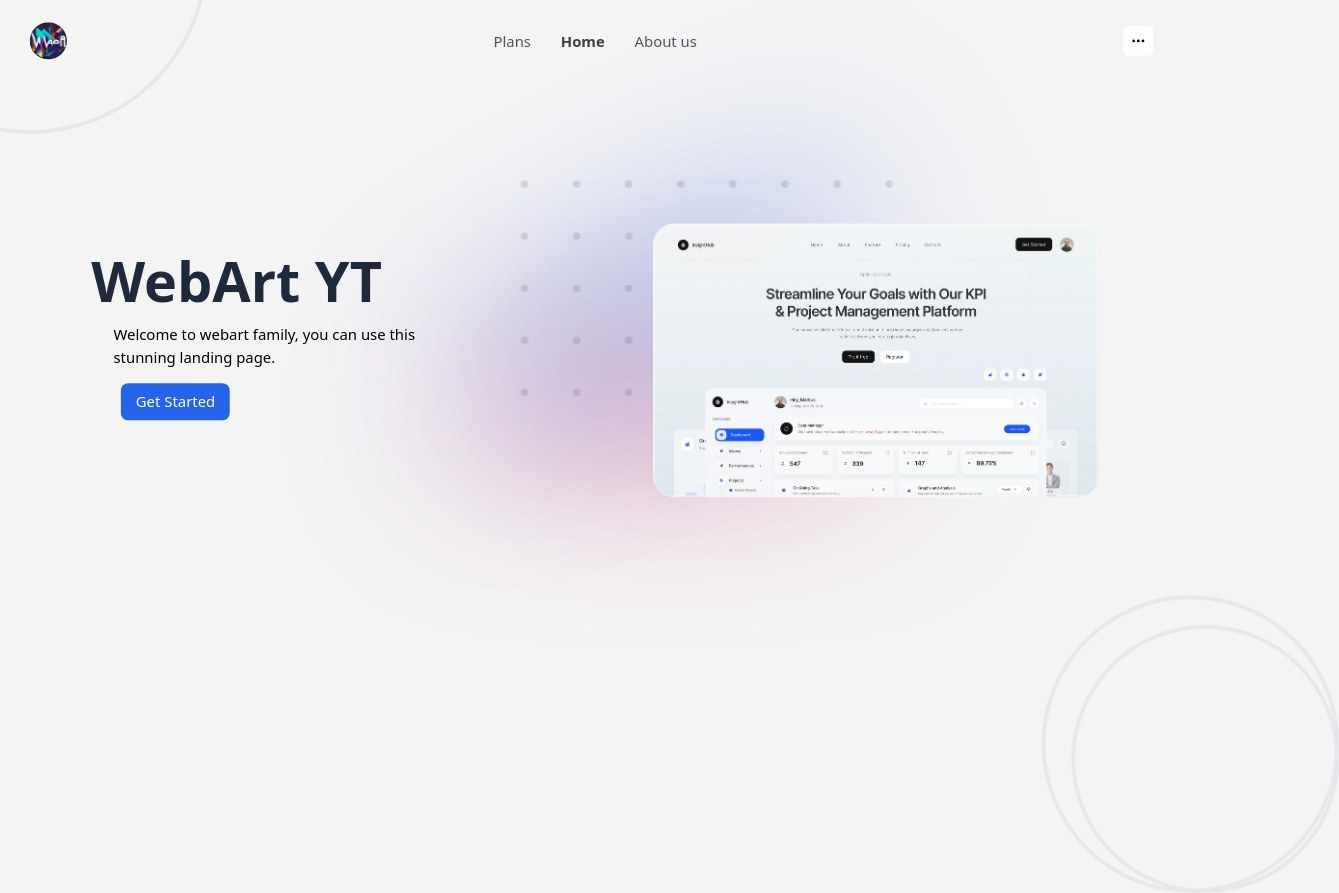
Repository: 30namp/youtube-web-art-code
Page: stunning landing page 1/index.html
An editor plug-in stored every save of this project. The page is shown before and after the next save, followed by the edit.
The browser window is 1280 px wide. The page is 1440 px wide, so the pictures cover 1440 px, including what lies to the right of the window. The pictures show the whole page, at 93% of full size.

Above is the page before, as saved 2024-09-26 21:28:07.

### stunning landing page 1/index.html
<!DOCTYPE html>
<html lang="en">
  <head>
    <meta charset="UTF-8" />
    <meta name="viewport" content="width=device-width, initial-scale=1.0" />
    <title>WebArt Design</title>
    <script src="./tailwindcss.min.js"></script>
  </head>
  <body class="h-screen bg-zinc-100 overflow-hidden">
    <div
      class="absolute right-[25%] top-[60%] h-12 w-[30rem] rounded-[100%] rotate-[-25deg] bg-pink-700 blur-[6rem] animate-bounce"
    ></div>
    <div
      class="absolute right-[25%] top-[40%] h-12 w-[30rem] rounded-[100%] rotate-[-25deg] bg-blue-700 blur-[6rem]"
    ></div>
    <div
      class="grid grid-cols-8 gap-12 absolute right-[25%] top-[27%] animate-pulse animate-bounce"
    >
      <div class="rounded-full bg-slate-700/30 size-2 shadow-lg"></div>
      <div class="rounded-full bg-slate-700/30 size-2 shadow-lg"></div>
      <div class="rounded-full bg-slate-700/30 size-2 shadow-lg"></div>
      <div class="rounded-full bg-slate-700/30 size-2 shadow-lg"></div>
      <div class="rounded-full bg-slate-700/30 size-2 shadow-lg"></div>
      <div class="rounded-full bg-slate-700/30 size-2 shadow-lg"></div>
      <div class="rounded-full bg-slate-700/30 size-2 shadow-lg"></div>
      <div class="rounded-full bg-slate-700/30 size-2 shadow-lg"></div>
      <div class="rounded-full bg-slate-700/30 size-2 shadow-lg"></div>
      <div class="rounded-full bg-slate-700/30 size-2 shadow-lg"></div>
      <div class="rounded-full bg-slate-700/30 size-2 shadow-lg"></div>
      <div class="rounded-full bg-slate-700/30 size-2 shadow-lg"></div>
      <div class="rounded-full bg-slate-700/30 size-2 shadow-lg"></div>
      <div class="rounded-full bg-slate-700/30 size-2 shadow-lg"></div>
      <div class="rounded-full bg-slate-700/30 size-2 shadow-lg"></div>
      <div class="rounded-full bg-slate-700/30 size-2 shadow-lg"></div>
      <div class="rounded-full bg-slate-700/30 size-2 shadow-lg"></div>
      <div class="rounded-full bg-slate-700/30 size-2 shadow-lg"></div>
      <div class="rounded-full bg-slate-700/30 size-2 shadow-lg"></div>
      <div class="rounded-full bg-slate-700/30 size-2 shadow-lg"></div>
      <div class="rounded-full bg-slate-700/30 size-2 shadow-lg"></div>
      <div class="rounded-full bg-slate-700/30 size-2 shadow-lg"></div>
      <div class="rounded-full bg-slate-700/30 size-2 shadow-lg"></div>
      <div class="rounded-full bg-slate-700/30 size-2 shadow-lg"></div>
      <div class="rounded-full bg-slate-700/30 size-2 shadow-lg"></div>
      <div class="rounded-full bg-slate-700/30 size-2 shadow-lg"></div>
      <div class="rounded-full bg-slate-700/30 size-2 shadow-lg"></div>
      <div class="rounded-full bg-slate-700/30 size-2 shadow-lg"></div>
      <div class="rounded-full bg-slate-700/30 size-2 shadow-lg"></div>
      <div class="rounded-full bg-slate-700/30 size-2 shadow-lg"></div>
      <div class="rounded-full bg-slate-700/30 size-2 shadow-lg"></div>
      <div class="rounded-full bg-slate-700/30 size-2 shadow-lg"></div>
      <div class="rounded-full bg-slate-700/30 size-2 shadow-lg"></div>
      <div class="rounded-full bg-slate-700/30 size-2 shadow-lg"></div>
      <div class="rounded-full bg-slate-700/30 size-2 shadow-lg"></div>
      <div class="rounded-full bg-slate-700/30 size-2 shadow-lg"></div>
      <div class="rounded-full bg-slate-700/30 size-2 shadow-lg"></div>
      <div class="rounded-full bg-slate-700/30 size-2 shadow-lg"></div>
      <div class="rounded-full bg-slate-700/30 size-2 shadow-lg"></div>
      <div class="rounded-full bg-slate-700/30 size-2 shadow-lg"></div>
    </div>

    <div
      class="circle size-96 rounded-full border-4 absolute -top-60 -left-40"
    ></div>
    <div
      class="circle size-80 rounded-full border-4 absolute -bottom-60 -right-40"
    ></div>
    <div
      class="circle size-72 rounded-full border-4 absolute -bottom-60 -right-40"
    ></div>

    <!-- navbar -->
    <nav
      class="z-10 absolute top-0 left-0 right-0 flex justify-center items-center py-8 px-8"
    >
      <a href="/" class="absolute left-0 px-8">
        <img class="size-10 rounded-full" src="./assets/img/logo.jpg" alt="" />
      </a>

      <div class="options flex items-center gap-8">
        <a class="text-zinc-600" href="#">Plans</a>
        <a class="text-zinc-700 font-semibold" href="#">Home</a>
        <a class="text-zinc-600" href="#">About us</a>
      </div>

      <button
        class="absolute p-2 bg-white rounded-md right-0 mx-10 hover:scale-105 active:scale-100 transition"
      >
        <svg
          xmlns="http://www.w3.org/2000/svg"
          width="16"
          height="16"
          fill="currentColor"
          class="bi bi-three-dots"
          viewBox="0 0 16 16"
        >
          <path
            d="M3 9.5a1.5 1.5 0 1 1 0-3 1.5 1.5 0 0 1 0 3m5 0a1.5 1.5 0 1 1 0-3 1.5 1.5 0 0 1 0 3m5 0a1.5 1.5 0 1 1 0-3 1.5 1.5 0 0 1 0 3"
          />
        </svg>
      </button>
    </nav>

    <!-- hero section -->
    <div class="hero-section relative pt-60 flex justify-around items-start">
      <div class="content flex flex-col items-start gap-4 pt-8">
        <h1 class="text-6xl font-bold text-slate-800">WebArt YT</h1>
        <p class="description w-96 ml-6">
          Welcome to webart family, you can use this stunning landing page.
        </p>
        <button
          class="ml-8 px-4 py-2 rounded-lg bg-blue-600 text-white hover:scale-105 active:scale-100 transition"
        >
          Get Started
        </button>
      </div>
      <img class="w-[30rem] rounded-3xl" src="./assets/img/img.png" alt="" />
    </div>
  </body>
</html>

Loaded but not shown: stunning landing page 1/tailwindcss.min.js (library)

After the next save:
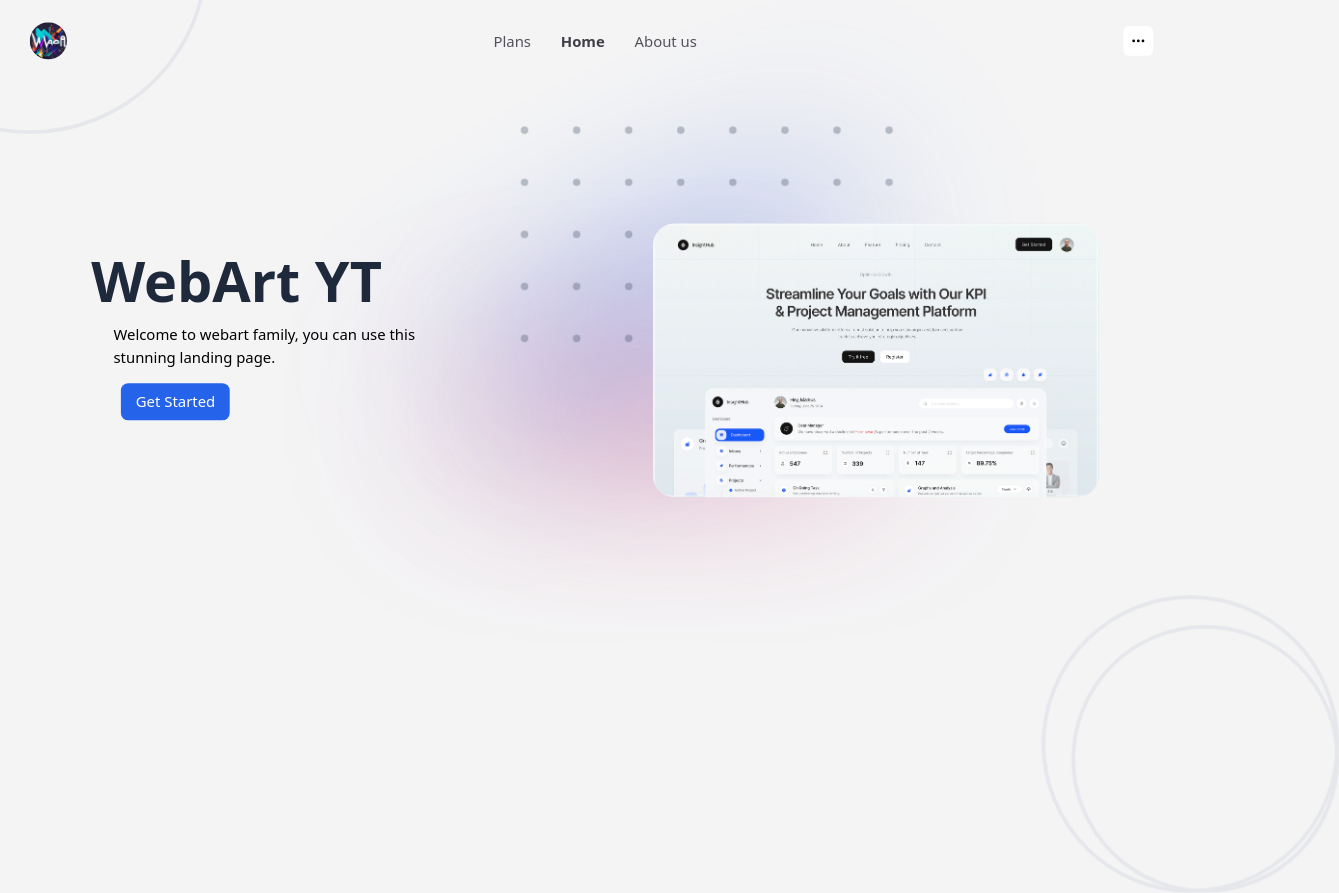
Saved 7 s later.
--- a/stunning landing page 1/index.html
+++ b/stunning landing page 1/index.html
@@ -14,7 +14,7 @@
       class="absolute right-[25%] top-[40%] h-12 w-[30rem] rounded-[100%] rotate-[-25deg] bg-blue-700 blur-[6rem]"
     ></div>
     <div
-      class="grid grid-cols-8 gap-12 absolute right-[25%] top-[27%] animate-pulse animate-bounce"
+      class="grid grid-cols-8 gap-12 absolute right-[25%] top-[27%] animate-bounce"
     >
       <div class="rounded-full bg-slate-700/30 size-2 shadow-lg"></div>
       <div class="rounded-full bg-slate-700/30 size-2 shadow-lg"></div>
